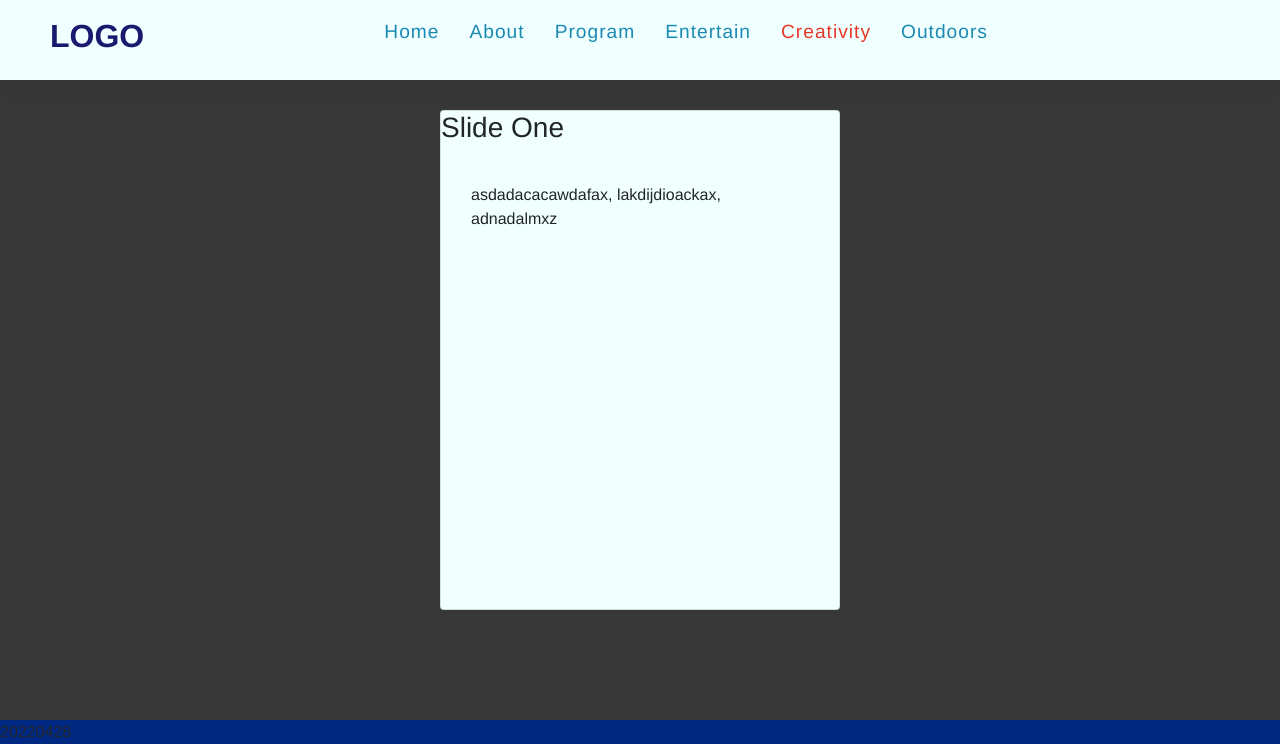
Repository: KevinYu0515/DeadByDaylight-custom-wiki
Page: /creativity
The author's editor kept a copy of each file at every save. The page is drawn from the files as they stood at one save, then again after a run of saves.
The browser window is 1280 px wide. The pictures show the whole page.
Some web libraries are served in a nearby version. The project was rebuilt for these pictures with package versions that can differ from the ones it lists, and the page was loaded fresh each time. Also part of the build but not shown: vite.config.js, vue.config.js, src/views/Home.vue.

Above is the page before, as saved 2022-03-19 20:07:31.

After the next 6 saves:
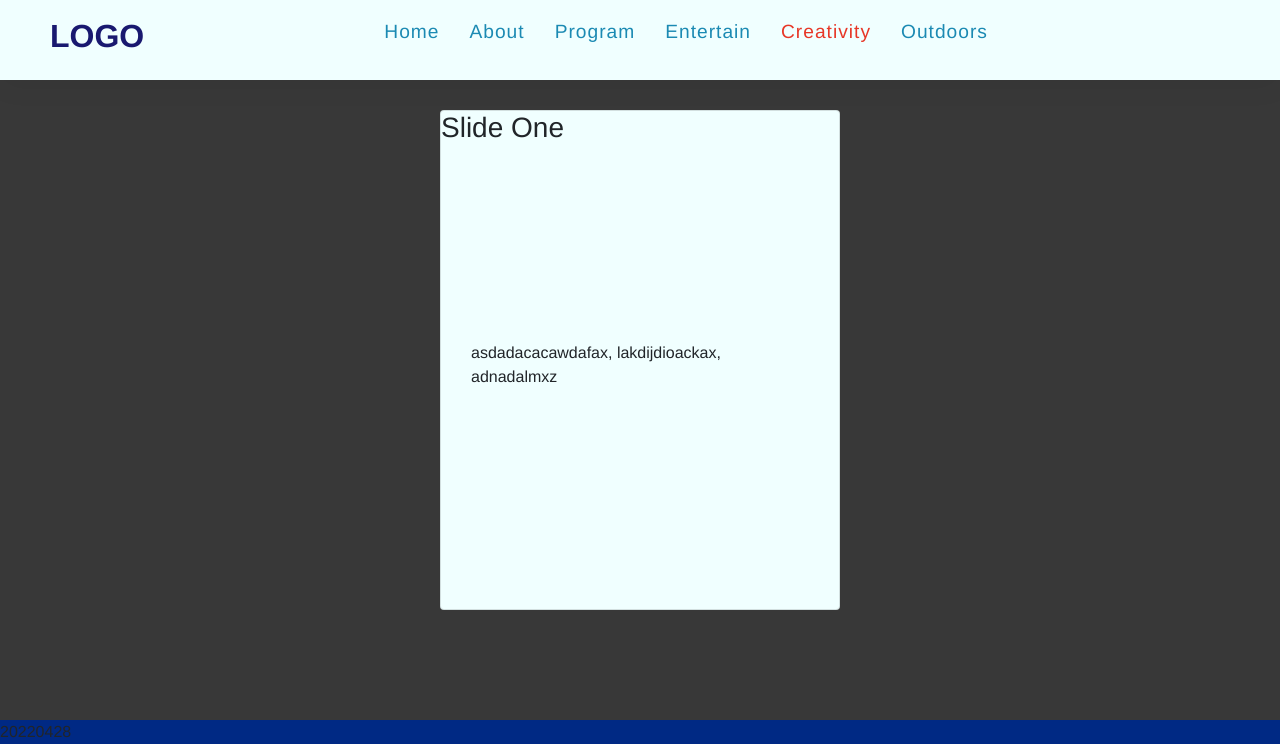
The 6 saves are shown as one change because 2 did not build or start and some came seconds apart.
The last was saved 21 s later.
--- a/src/assets/scss/hobby/creativity.scss
+++ b/src/assets/scss/hobby/creativity.scss
@@ -19,6 +19,10 @@
         }
         .sliderText{
             position: relative;
+            width:100%;
+            height:200px;
+            display: flex;
+
         }
 
     }
